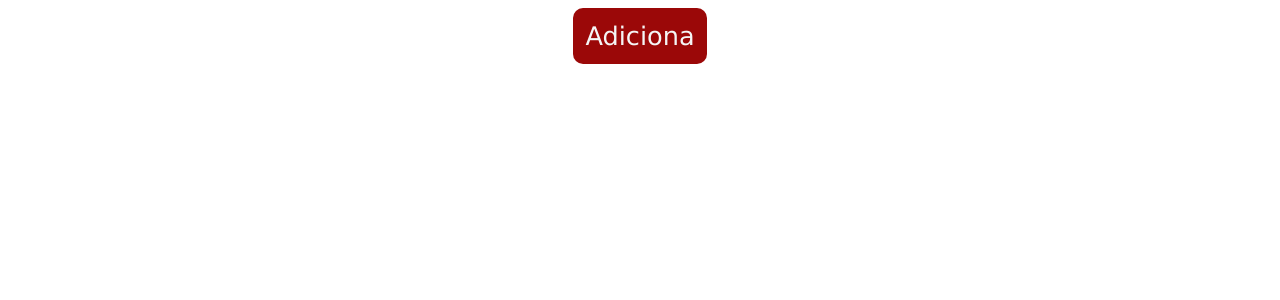
Repository: Orifiel/teste
Page: desafioMod2/desafioJavascript02.html
An editor plug-in stored every save of this project. The page is shown before and after the next save, followed by the edit.
The browser window is 1280 px wide. The pictures show the whole page.

Above is the page before, as saved 2020-08-14 16:30:13.

After the next save:
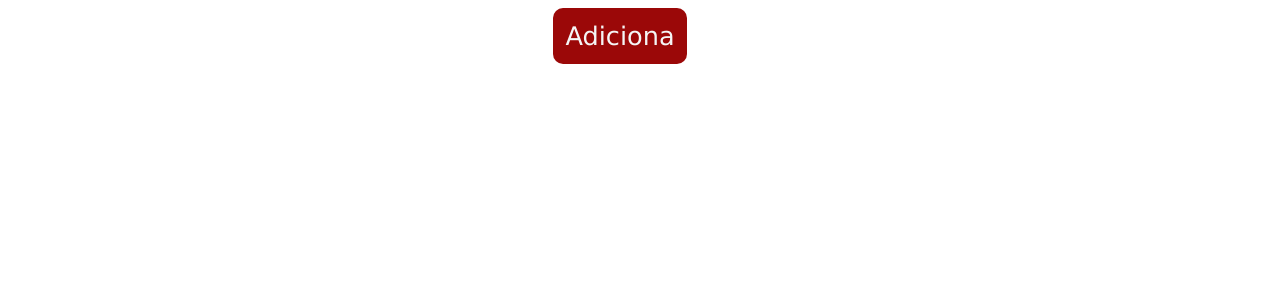
Saved 12 min 9 s later.
--- a/desafioMod2/desafioJavascript02.html
+++ b/desafioMod2/desafioJavascript02.html
@@ -62,7 +62,10 @@ aparecer na tela.
 
         <div id='button-red-box' >
             <button id="button-red" onclick="addSquad()">Adiciona</button>
+            <ul id='list-name
+            '>
 
+            </ul>
         </div>
 
         <div id="container">
@@ -70,5 +73,6 @@ aparecer na tela.
         </div>
 
 
+
 </body>
 </html>
